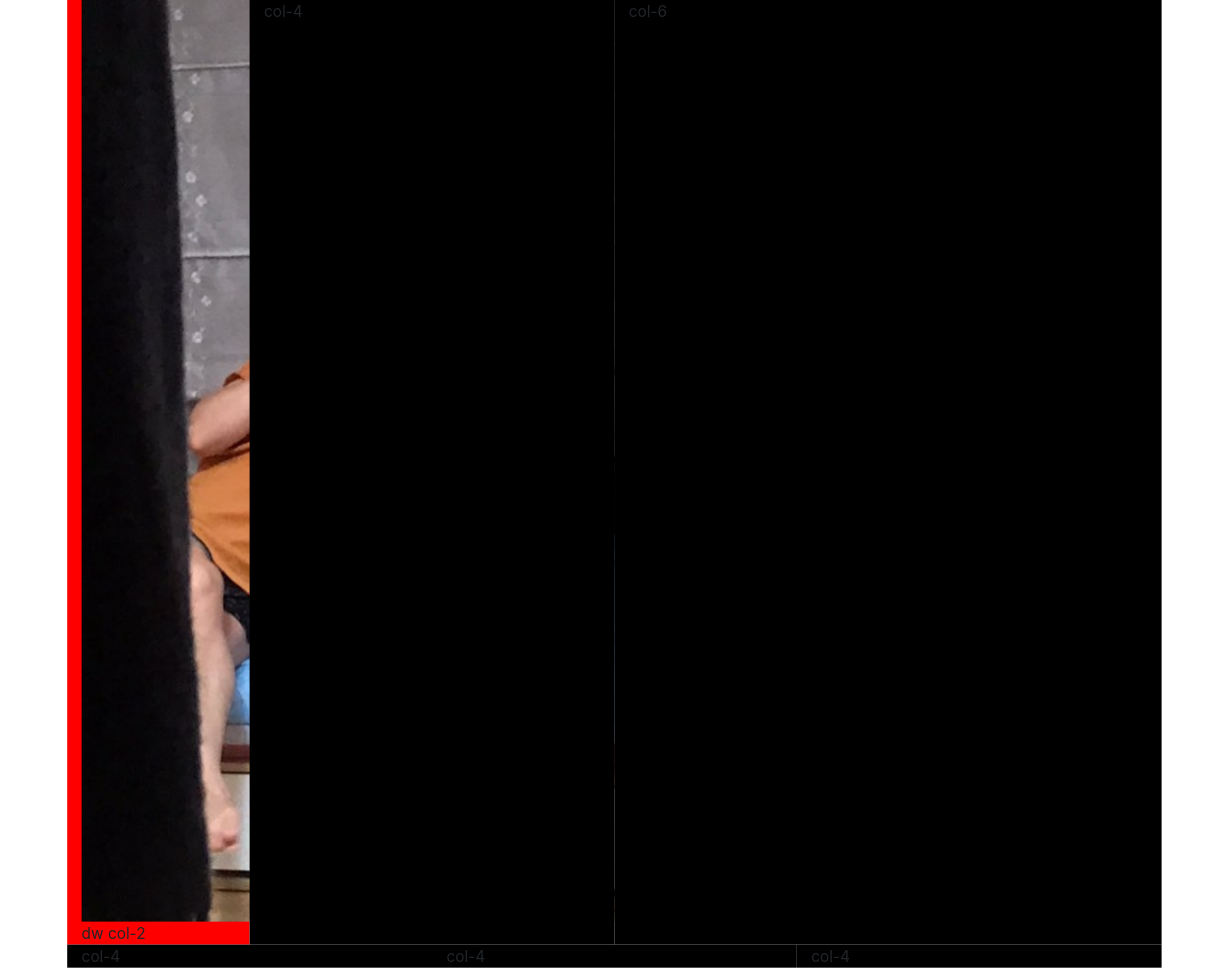
Repository: seungminlll3420/ruby_on_rails
Page: wep.html
The author's editor kept a record of every edit. The page is drawn from the files as they stood at one moment, then again after the next edit.
The browser window is 1280 px wide. The pictures show the whole page, at 96% of full size.

Above is the page before.

After the next edit:
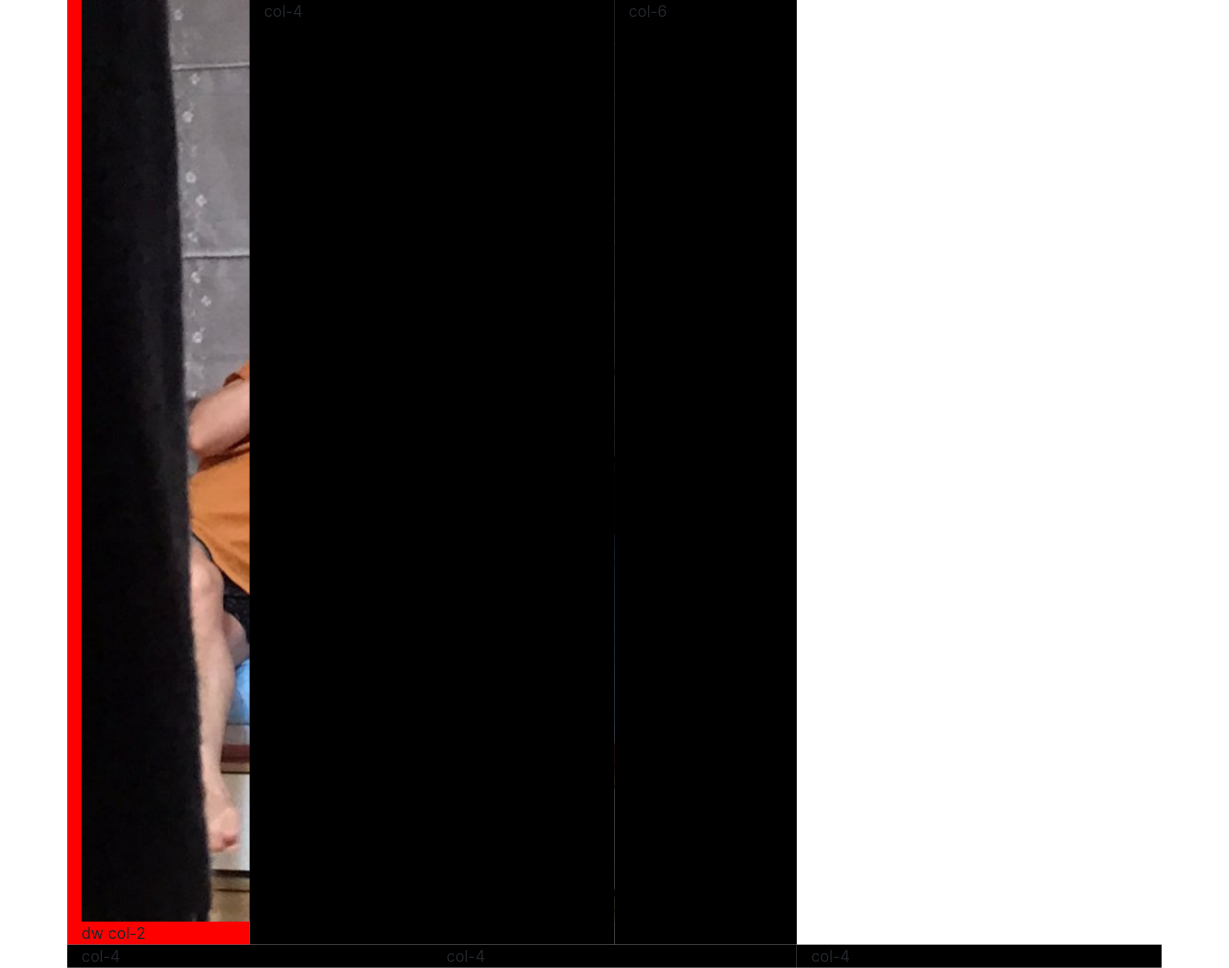
The edit:
--- a/wep.html
+++ b/wep.html
@@ -22,7 +22,7 @@
             <div class="col-4" style="background-color: black;">
                 col-4
             </div>
-            <div class="col-6" style="background-color: black;">
+            <div class="col-2" style="background-color: black;">
                 col-6
             </div>
         </div>
